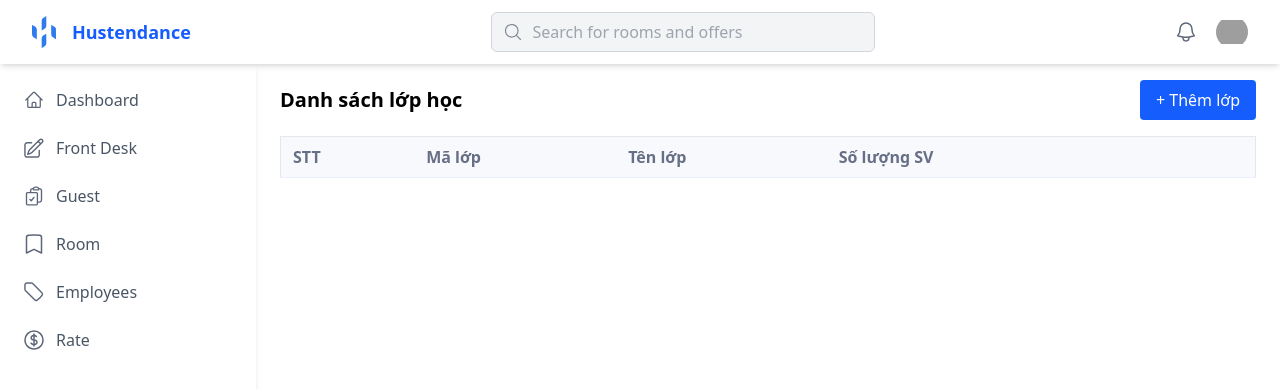
Repository: nguynd/GR1Attendance
Page: / (app in fe/)
An editor plug-in stored every save of this project. The page is shown before and after the next save, followed by the edit.
The browser window is 1280 px wide. The pictures show the whole page.
Pictures or frames that could not be fetched are drawn as grey boxes. The page's requests for data from a server got no answer. The project was rebuilt for these pictures with package versions that can differ from the ones it lists, and the page was loaded fresh each time. Some packages were replaced by stand-ins written for this rebuild. No one was signed in, and anything a server would have sent is missing. Also part of the build but not shown: fe/vite.config.js, fe/src/components/EditClass.jsx, fe/src/services/studentAPI.jsx, fe/src/services/attendanceAPI.jsx, fe/src/components/StudentsInClass.jsx.

Above is the page before, as saved 2025-05-25 23:54:10.

### fe/index.html
<!doctype html>
<html lang="en">
  <head>
    <meta charset="UTF-8" />
    <link rel="icon" type="image/svg+xml" href="/vite.svg" />
    <meta name="viewport" content="width=device-width, initial-scale=1.0" />
    <title>Hustendance</title>
    <link href="./src/App.css" rel="stylesheet" />
  </head>
  <body>
    <div id="root"></div>
    <script type="module" src="/src/main.jsx"></script>
  </body>
</html>

### fe/src/main.jsx
import { StrictMode } from 'react';
import { createRoot } from 'react-dom/client';
import { BrowserRouter } from 'react-router-dom';
import App from './App.jsx';

createRoot(document.getElementById('root')).render(
  <StrictMode>
    <BrowserRouter>
      <App />
    </BrowserRouter>
  </StrictMode>,
);

### fe/src/App.jsx
import { useState } from 'react';
import { Routes, Route } from 'react-router-dom';
import Header from './components/Header.jsx';
import Sidebar from './components/Sidebar.jsx';
import ClassList from './components/ClassList.jsx';
import StudentsInClass from './components/StudentsInClass.jsx'; // thêm dòng này
import './App.css';

function App() {
  return (
    <div>
      <Header />
      <Sidebar />
      <Routes>
        <Route path="/" element={<ClassList />} />
        <Route path="/class/:id/students" element={<StudentsInClass />} />
      </Routes>
    </div>
  );
}

export default App;

### fe/src/components/Header.jsx
import Logo from '../assets/Logo.svg'
import Notification from '../assets/Vector.svg'
import Avatar from '../assets/Avatar.svg'
import Search from '../assets/Search.svg'
import { useState } from 'react'

function Header() {
  const [searchQuery, setSearchQuery] = useState('')

  const handleSearch = (e) => {
    e.preventDefault()
    // TODO: Implement search functionality
    console.log('Searching for:', searchQuery)
  }

  const handleNotificationClick = () => {
    // TODO: Implement notification functionality
    console.log('Notification clicked')
  }

  const handleProfileClick = () => {
    // TODO: Implement profile functionality
    console.log('Profile clicked')
  }

  return (
    <header className="fixed flex items-center justify-between h-16 px-8 bg-white top-0 left-0 right-0 z-50 shadow-md">
      {/* Left Section: Logo and Text */}
      <div className="flex items-center gap-x-2">
        <img className="h-8 cursor-pointer" src={Logo} alt="HustHotel Logo" />
        <div className="text-blue-600 font-bold text-lg ml-2 cursor-pointer">Hustendance</div>
      </div>

      {/* Search Section */}
      <form onSubmit={handleSearch} className="relative w-96">
        <input
          type="text"
          value={searchQuery}
          onChange={(e) => setSearchQuery(e.target.value)}
          placeholder="Search for rooms and offers"
          className="w-full h-10 pl-10 pr-4 text-gray-600 bg-gray-100 border border-gray-300 rounded-md focus:outline-none focus:ring-2 focus:ring-blue-500"
          aria-label="Search"
        />
        <img
          src={Search}
          alt="Search icon"
          className="absolute left-3 top-1/2 transform -translate-y-1/2 h-5 w-5 text-gray-400"
        />
      </form>

      {/* Right Section: Notification and Avatar */}
      <div className="flex items-center gap-x-4">
        <button
          onClick={handleNotificationClick}
          className="h-6 w-6 cursor-pointer focus:outline-none focus:ring-2 focus:ring-blue-500 rounded-full"
          aria-label="View notifications"
        >
          <img src={Notification} alt="Notification icon" />
        </button>
        <button
          onClick={handleProfileClick}
          className="h-8 w-8 rounded-full overflow-hidden cursor-pointer focus:outline-none focus:ring-2 focus:ring-blue-500"
          aria-label="View profile"
        >
          <img src={Avatar} alt="User avatar" />
        </button>
      </div>
    </header>
  );
}

export default Header;

### fe/src/components/Sidebar.jsx
import Dashboard from '../assets/Dashboard.svg'
import Front_desk from '../assets/Front_desk.svg'
import Guest from '../assets/Guest.svg'
import Room from '../assets/Room.svg'
import Employee from '../assets/Deal.svg'
import Rate from '../assets/Rate.svg'

const NavItem = ({ icon, label, isActive = false }) => (
  <li>
    <a
      href={`#${label.toLowerCase()}`}
      className={`flex items-center gap-x-3 p-2 text-gray-600 hover:bg-gray-100 rounded-md cursor-pointer ${
        isActive ? 'text-blue-600' : ''
      }`}
      aria-label={`Navigate to ${label}`}
    >
      <img src={icon} alt={`${label} icon`} className="h-5 w-5" />
      <span>{label}</span>
    </a>
  </li>
);

function Sidebar() {
  const navItems = [
    { icon: Dashboard, label: 'Dashboard' },
    { icon: Front_desk, label: 'Front Desk' },
    { icon: Guest, label: 'Guest' },
    { icon: Room, label: 'Room', isActive: true },
    { icon: Employee, label: 'Employees' },
    { icon: Rate, label: 'Rate' },
  ];

  return (
    <nav
      className="fixed left-0 top-16 bottom-0 bg-white w-64 z-20 pt-4 shadow-md"
      aria-label="Main navigation"
    >
      <ul className="space-y-2 px-4">
        {navItems.map((item) => (
          <NavItem
            key={item.label}
            icon={item.icon}
            label={item.label}
            isActive={item.isActive}
          />
        ))}
      </ul>
    </nav>
  );
}

export default Sidebar;

### fe/src/components/ClassList.jsx
import React, { useEffect, useState } from "react";
import { getClasses, addClass, updateClass, deleteClass } from "../services/classAPI";
import EditClass from "./EditClass";
import pencil from '../assets/pencil.svg';
import person from '../assets/person.svg'
import { useNavigate } from "react-router-dom";

export default function ClassList() {
  const [classes, setClasses] = useState([]);
  const [showModal, setShowModal] = useState(false);
  const [editingClass, setEditingClass] = useState(null);
  const navigate = useNavigate();

  const fetchData = async () => {
    const data = await getClasses();
    setClasses(data);
  };

  useEffect(() => {
    fetchData();
  }, []);

  const handleSave = async (data) => {
    try {
      if (editingClass) {
        await updateClass(editingClass.id, data);
      } else {
        await addClass(data);
      }
      fetchData();
    } catch (err) {
      alert("Thao tác thất bại: " + (err.response?.data?.error || err.message));
      console.error(err);
    }
  };

  const handleEllipsisClick = (cls) => {
    setEditingClass(cls);
    setShowModal(true);
  };

  const handleViewStudents = (cls) => {
    navigate(`/class/${cls.id}/students`);
  };

  return (
    <div className="pt-20 p-6 ml-64 max-w-[calc(100vw-256px)]">
      <div className="flex justify-between items-center mb-4">
        <h2 className="text-xl font-bold">Danh sách lớp học</h2>
        <button
          className="px-4 py-2 bg-blue-600 text-white rounded hover:bg-blue-700 cursor-pointer transition"
          onClick={() => {
            setEditingClass(null);
            setShowModal(true);
          }}
        >
          + Thêm lớp
        </button>
      </div>

      <div className="overflow-x-auto">
        <table className="w-full bg-white border border-gray-200 rounded shadow-sm">
          <thead className="bg-gray-100">
            <tr>
              <th className="bg-[#f8f9fd] text-[#676f86] border-b border-[#e9f1fe] px-3 py-2 text-left">STT</th>
              <th className="bg-[#f8f9fd] text-[#676f86] border-b border-[#e9f1fe] px-3 py-2 text-left">Mã lớp</th>
              <th className="bg-[#f8f9fd] text-[#676f86] border-b border-[#e9f1fe] px-3 py-2 text-left">Tên lớp</th>
              <th className="bg-[#f8f9fd] text-[#676f86] border-b border-[#e9f1fe] px-3 py-2 text-left">Số lượng SV</th>
              <th className="bg-[#f8f9fd] text-[#676f86] border-b border-[#e9f1fe] px-3 py-2 text-left"></th>
              <th th className="bg-[#f8f9fd] text-[#676f86] border-b border-[#e9f1fe] px-3 py-2 text-left"></th>
            </tr>
          </thead>
          <tbody>
            {classes.map((cls, index) => (
              <tr key={cls.id} className="hover:bg-gray-50">
                <td className="text-[#676f86] border-b border-[#e9f1fe] px-3 py-2 text-left">{index + 1}</td>
                <td className="text-[#676f86] border-b border-[#e9f1fe] px-3 py-2 text-left">{cls.class_code}</td>
                <td className="text-[#676f86] border-b border-[#e9f1fe] px-3 py-2 text-left">{cls.class_name}</td>
                <td className="text-[#676f86] border-b border-[#e9f1fe] px-3 py-2 text-left">{cls.student_count}</td>
                <td className="text-[#676f86] border-b border-[#e9f1fe] px-3 py-2 text-left ">
                  <button onClick={() => handleEllipsisClick(cls)}>
                    <img src={pencil} alt="Menu" className="w-5 h-5 cursor-pointer transition" />
                     </button>
                    </td>
                    <td className="text-[#676f86] border-b border-[#e9f1fe] px-3 py-2 text-left">
                  <button onClick={() => handleViewStudents(cls)} className="text-blue-600 hover:underline">
                     <img src={person} alt="Menu" className="w-5 h-5 cursor-pointer transition" />
                  </button>
                </td>
              </tr>
            ))}
          </tbody>
        </table>
      </div>

      {showModal && (
        <EditClass
          defaultData={editingClass}
          onClose={() => {
            setShowModal(false);
            setEditingClass(null);
          }}
          onSave={handleSave}
          onDeleted={fetchData}
        />
      )}
    </div>
  );
}

### fe/src/services/classAPI.jsx
import axios from "axios";

const API_BASE = "http://localhost:5000/api";

export const getClasses = async () => {
  const res = await axios.get(`${API_BASE}/classes`);
  return res.data;
};

export const addClass = async (data) => {
  const res = await axios.post(`${API_BASE}/classes`, data);
  return res.data;
};

export const updateClass = async (id, data) => {
  const res = await axios.put(`${API_BASE}/classes/${id}`, data);
  return res.data;
};

export const deleteClass = async (id) => {
  const res = await axios.delete(`${API_BASE}/classes/${id}`);
  return res.data;
};

Loaded but not shown: fe/src/App.css (common file)

After the next save:
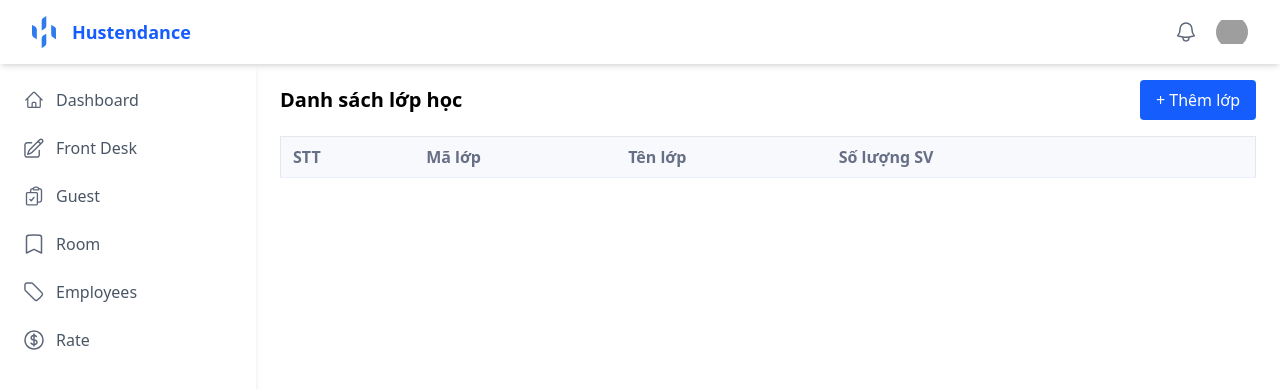
Saved 21 s later.
--- a/fe/src/components/Header.jsx
+++ b/fe/src/components/Header.jsx
@@ -31,22 +31,6 @@ function Header() {
         <div className="text-blue-600 font-bold text-lg ml-2 cursor-pointer">Hustendance</div>
       </div>
 
-      {/* Search Section */}
-      <form onSubmit={handleSearch} className="relative w-96">
-        <input
-          type="text"
-          value={searchQuery}
-          onChange={(e) => setSearchQuery(e.target.value)}
-          placeholder="Search for rooms and offers"
-          className="w-full h-10 pl-10 pr-4 text-gray-600 bg-gray-100 border border-gray-300 rounded-md focus:outline-none focus:ring-2 focus:ring-blue-500"
-          aria-label="Search"
-        />
-        <img
-          src={Search}
-          alt="Search icon"
-          className="absolute left-3 top-1/2 transform -translate-y-1/2 h-5 w-5 text-gray-400"
-        />
-      </form>
 
       {/* Right Section: Notification and Avatar */}
       <div className="flex items-center gap-x-4">
